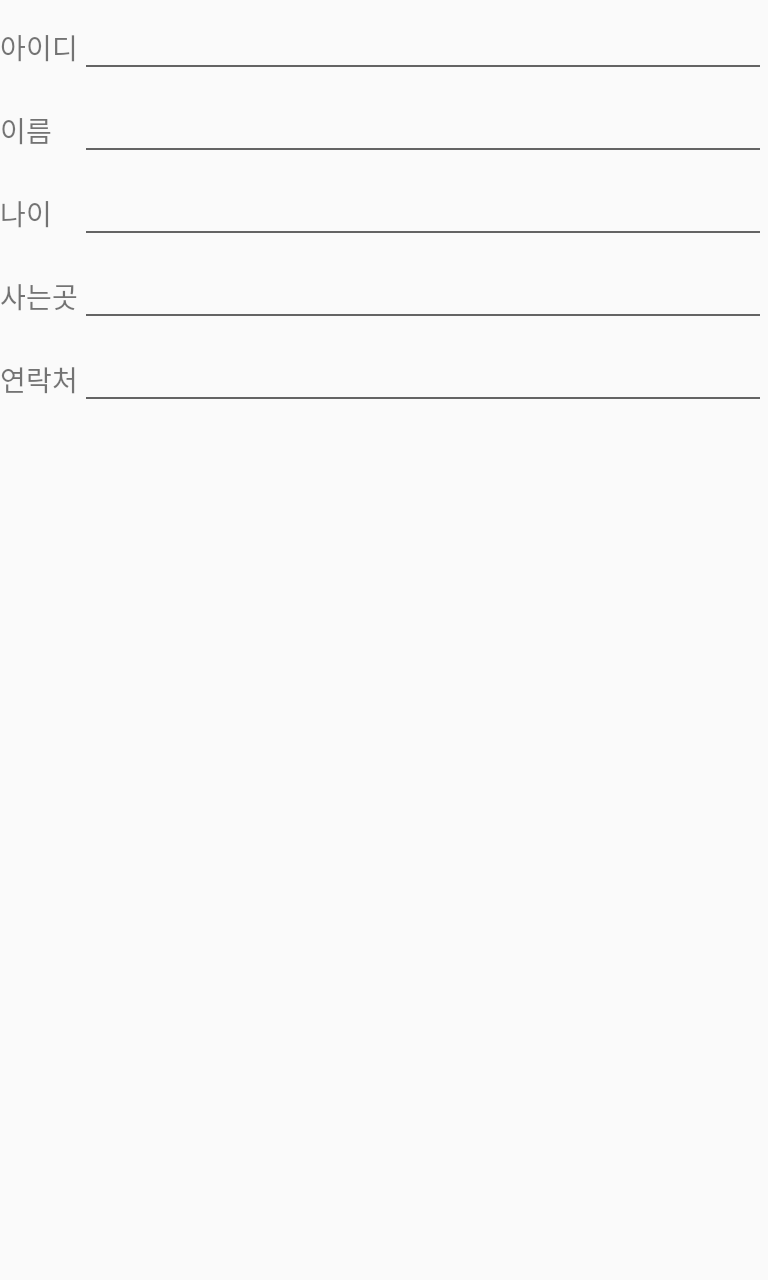
Repository: dev-sean/kosta
Layout: workspace/and1010/res/layout/homework.xml
The author's editor kept a copy of each file at every save. The layout is drawn from the files as they stood at one save, then again after the next save.
It is drawn on a 768 x 1280 px phone screen (xhdpi) without system bars, with theme AppTheme; the app's code is not run.

Above is the layout before, as saved 2014-10-10 05:37:20.

After the next save:
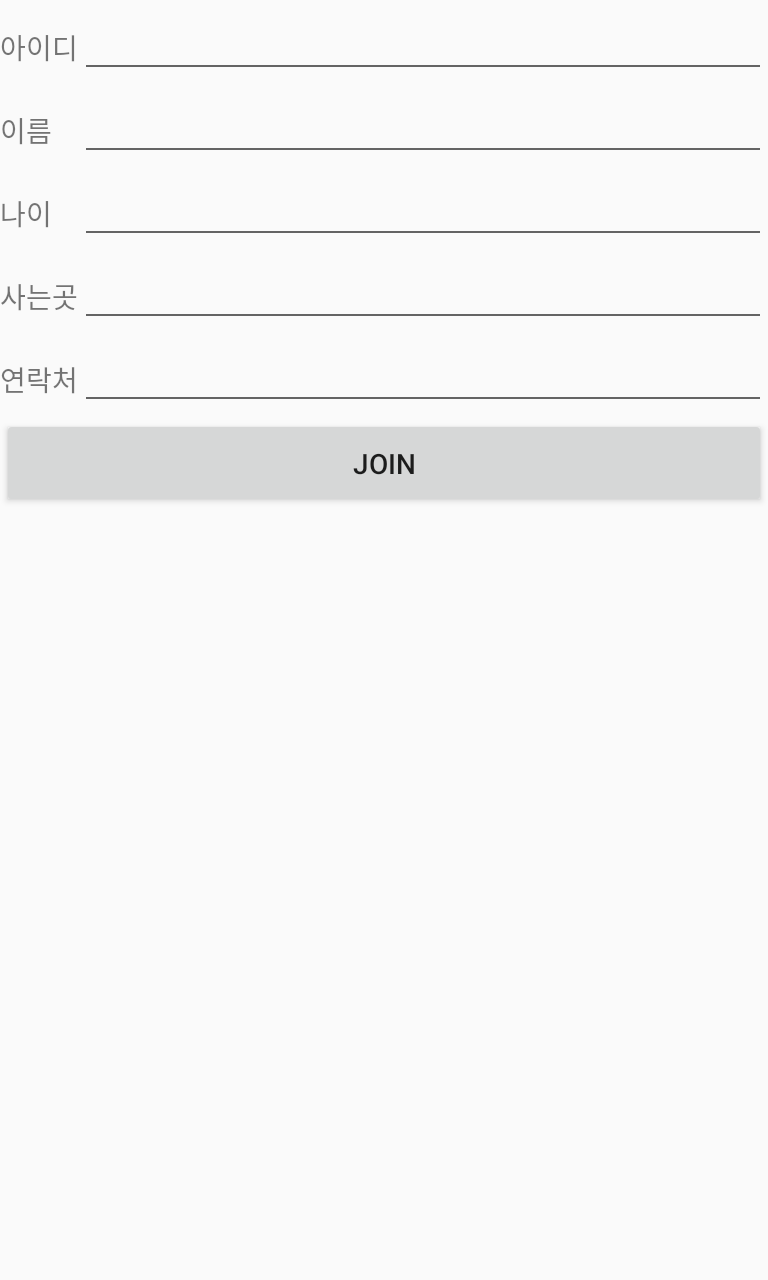
Saved 2 min 2 s later.
--- a/workspace/and1010/res/layout/homework.xml
+++ b/workspace/and1010/res/layout/homework.xml
@@ -6,48 +6,66 @@
 
     <TableLayout
         android:layout_width="match_parent"
-        android:layout_height="match_parent"
+        android:layout_height="wrap_content"
         android:stretchColumns="1" >
 
         <TableRow
             android:id="@+id/tableRow1"
             android:layout_width="wrap_content"
             android:layout_height="wrap_content" >
-            <TextView android:text="아이디"/>
-            <EditText android:id="@+id/hw_id"/>
+
+            <TextView android:text="아이디" />
+
+            <EditText android:id="@+id/hw_id" />
         </TableRow>
 
         <TableRow
             android:id="@+id/tableRow2"
             android:layout_width="wrap_content"
             android:layout_height="wrap_content" >
-            <TextView android:text="이름"/>
-            <EditText android:id="@+id/hw_name"/>
+
+            <TextView android:text="이름" />
+
+            <EditText android:id="@+id/hw_name" />
         </TableRow>
 
         <TableRow
             android:id="@+id/tableRow3"
             android:layout_width="wrap_content"
             android:layout_height="wrap_content" >
-            <TextView android:text="나이"/>
-            <EditText android:id="@+id/hw_age"/>
+
+            <TextView android:text="나이" />
+
+            <EditText android:id="@+id/hw_age" />
         </TableRow>
 
         <TableRow
             android:id="@+id/tableRow4"
             android:layout_width="wrap_content"
             android:layout_height="wrap_content" >
-            <TextView android:text="사는곳"/>
-            <EditText android:id="@+id/hw_location"/>
+
+            <TextView android:text="사는곳" />
+
+            <EditText android:id="@+id/hw_location" />
         </TableRow>
 
         <TableRow
             android:id="@+id/tableRow5"
             android:layout_width="wrap_content"
             android:layout_height="wrap_content" >
-            <TextView android:text="연락처"/>
-            <EditText android:id="@+id/hw_tel"/>
+
+            <TextView android:text="연락처" />
+
+            <EditText android:id="@+id/hw_tel" />
         </TableRow>
     </TableLayout>
 
+    <Button
+        android:id="@+id/button1"
+        android:layout_width="match_parent"
+        android:layout_height="wrap_content"
+        android:text="Join" />
+
 </LinearLayout>
+
+<!--  MemberVO를 사용해서 출력!! -->
